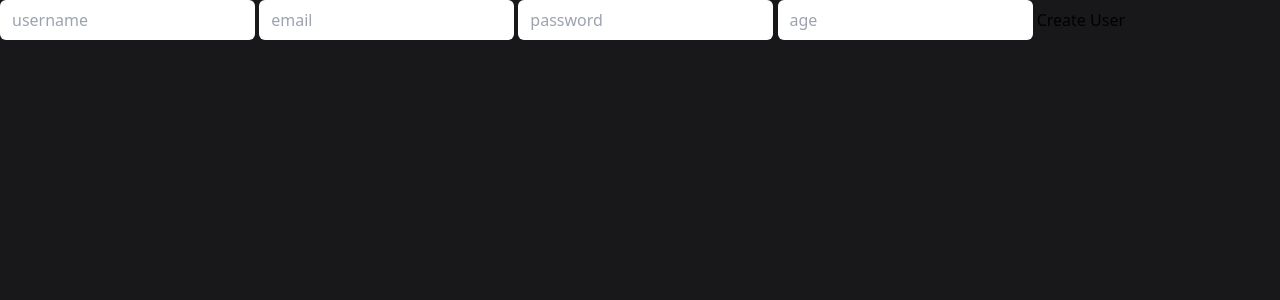
Repository: sulabh5911/login-Page
Page: http://localhost/
These files come from the project's save history. The page is drawn as it stood at one moment and after the next save; the edit follows.
The browser window is 1280 px wide. The pictures show the whole page.
Some web libraries are served in a nearby version. The page is served by the project's Node server (app.js). Other server files are loaded and not shown.

Above is the page before, as saved 2024-08-28 15:20:07.

### views/index.ejs
<!DOCTYPE html>
<html lang="en">
<head>
    <meta charset="UTF-8">
    <meta name="viewport" content="width=device-width, initial-scale=1.0">
    <title>Document</title>
    <script src="https://cdn.tailwindcss.com"></script>
</head>
<body>
    <div class="w-full h-screen bg-zinc-900">
        <form method="post" action="">
            <input class="px-3 py-2 rounded-md bg-transpa" type="text" placeholder="username" name="username">
            <input class="px-3 py-2 rounded-md bg-transpa" type="email" placeholder="email" name="email">
            <input class="px-3 py-2 rounded-md bg-transpa" type="password" placeholder="password" name="password">
            <input class="px-3 py-2 rounded-md bg-transpa" type="number" placeholder="age" name="age">
            <input type="submit" value="Create User">
        </form>
    </div>
</body>
</html>

### app.js
const express=require('express');
const app=express();
const userModel=require("./models/user");
const cookieParser=require('cookie-parser');
const path=require('path');
app.set("view engine","ejs");
app.use(express.json());
app.use(express.urlencoded({extended:true}));
app.use(express.static(path.join(__dirname,'public')));
app.use(cookieParser());

app.get('/',function(req,res){
    res.render('index');
})

app.listen(3000);

After the next save:
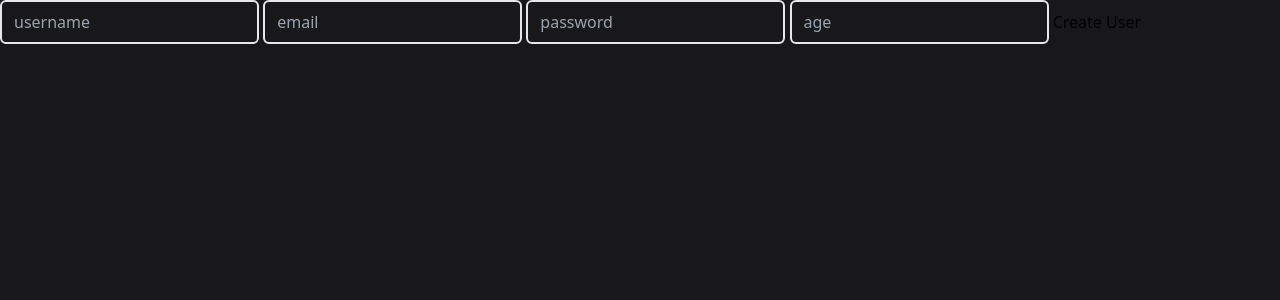
Saved 6 s later.
--- a/views/index.ejs
+++ b/views/index.ejs
@@ -9,10 +9,10 @@
 <body>
     <div class="w-full h-screen bg-zinc-900">
         <form method="post" action="">
-            <input class="px-3 py-2 rounded-md bg-transpa" type="text" placeholder="username" name="username">
-            <input class="px-3 py-2 rounded-md bg-transpa" type="email" placeholder="email" name="email">
-            <input class="px-3 py-2 rounded-md bg-transpa" type="password" placeholder="password" name="password">
-            <input class="px-3 py-2 rounded-md bg-transpa" type="number" placeholder="age" name="age">
+            <input class="px-3 py-2 rounded-md bg-transparent border-2 " type="text" placeholder="username" name="username">
+            <input class="px-3 py-2 rounded-md bg-transparent border-2 " type="email" placeholder="email" name="email">
+            <input class="px-3 py-2 rounded-md bg-transparent border-2 " type="password" placeholder="password" name="password">
+            <input class="px-3 py-2 rounded-md bg-transparent border-2 " type="number" placeholder="age" name="age">
             <input type="submit" value="Create User">
         </form>
     </div>
